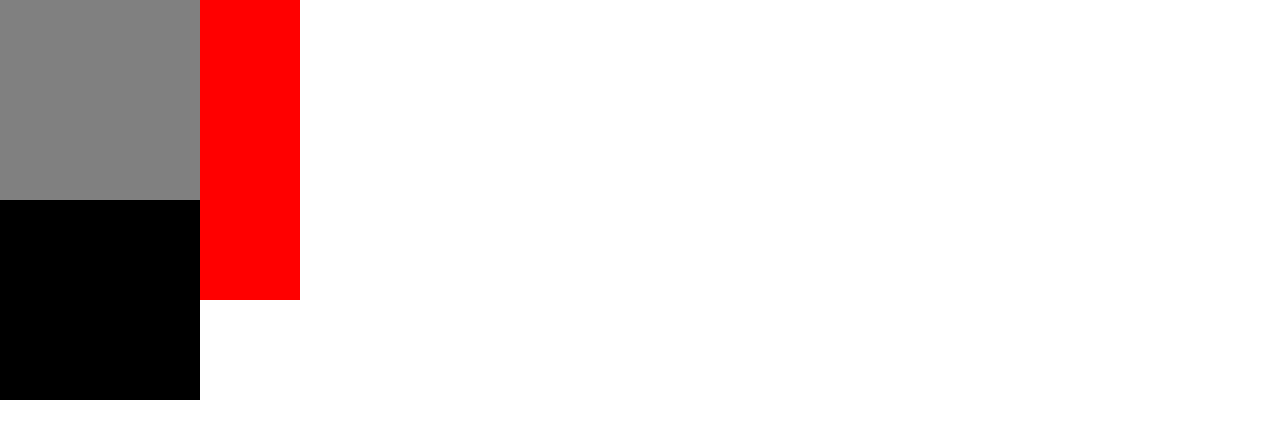
Repository: 2077Alex/Frond_End_Practice
Page: day05/00-课堂作业/20-综合案例二-新闻列表/p.html
The author's editor kept a copy of each file at every save. The page is drawn from the files as they stood at one save, then again after a run of saves.
The browser window is 1280 px wide. The pictures show the whole page.

Above is the page before, as saved 2024-06-05 18:52:21.

After the next 2 saves:
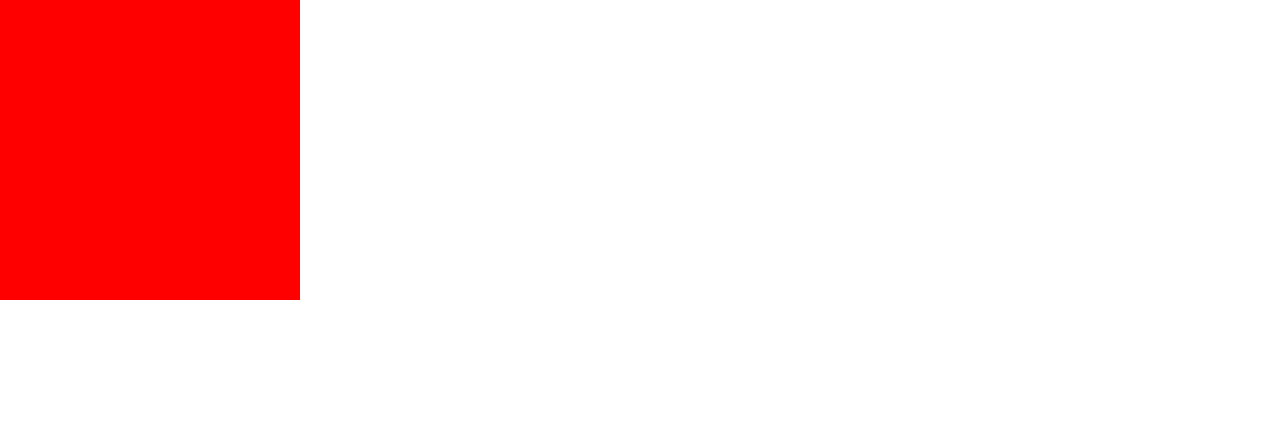
The 2 saves are shown as one change because they came seconds apart.
The last was saved 61 s later.
--- a/day05/00-课堂作业/20-综合案例二-新闻列表/p.html
+++ b/day05/00-课堂作业/20-综合案例二-新闻列表/p.html
@@ -19,14 +19,8 @@
             background-color: red;
         }
         .hBox{
-            width: 200px;
-            height: 200px;
-            background-color: gray;
         }
         .bdBox{
-            width: 200px;
-            height: 200px;
-            background-color: black;
         }
     </style>
 </head>
